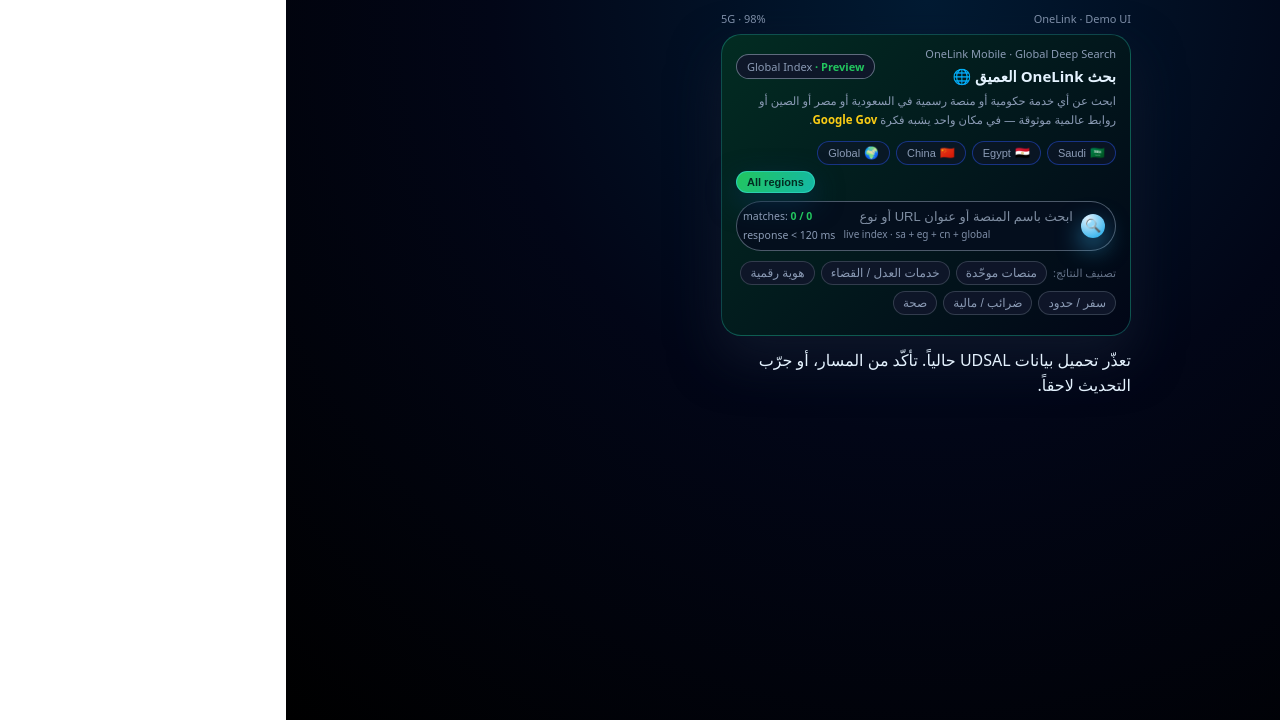
Repository: seesafar/GovLinksApp
Page: docs/app-ui/app-deep-search.html
These files come from the project's save history. The page is drawn as it stood at one moment and after the next save; the edit follows.
The browser window is 1280 px wide. The pictures show the whole page.

Above is the page before, as saved 2025-12-05 05:40:07.

### docs/app-ui/app-deep-search.html
<!DOCTYPE html>
<html lang="ar" dir="rtl">
<head>
  <meta charset="UTF-8" />
  <title>OneLink Mobile · Global Deep Search</title>
  <meta name="viewport" content="width=device-width, initial-scale=1.0" />
<link rel="stylesheet" href="../css/style.css">
  <style>
    :root {
      --bg-main: #020817;
      --bg-elevated: #020b18;
      --panel: #020f23;
      --accent: #22c55e;
      --accent-soft: rgba(34, 197, 94, 0.12);
      --accent-blue: #0ea5e9;
      --text-main: #e5f3ff;
      --text-muted: #8b9bb5;
      --border-soft: rgba(148, 163, 184, 0.45);
      --chip-bg: rgba(15, 23, 42, 0.95);
      --danger: #fb7185;
      --radius-xl: 22px;
    }

    * {
      box-sizing: border-box;
      margin: 0;
      padding: 0;
    }

    body {
      min-height: 100vh;
      font-family: system-ui, -apple-system, "Segoe UI", sans-serif;
      background: radial-gradient(circle at top, #021b33 0, #020617 45%, #000 100%);
      color: var(--text-main);
      display: flex;
      justify-content: center;
    }

    .app-shell {
      width: 100%;
      max-width: 430px;
      min-height: 100vh;
      padding: 10px 10px 18px;
    }

    /* Top status bar */
    .status-bar {
      display: flex;
      justify-content: space-between;
      align-items: center;
      font-size: 11px;
      color: var(--text-muted);
      margin-bottom: 6px;
      opacity: 0.9;
    }

    /* Header */
    .header {
      background: linear-gradient(135deg, #022c22, #020617);
      border-radius: 20px;
      border: 1px solid rgba(45, 212, 191, 0.3);
      padding: 10px 14px;
      box-shadow: 0 22px 50px rgba(15, 23, 42, 0.9);
      margin-bottom: 12px;
    }

    .header-top {
      display: flex;
      justify-content: space-between;
      align-items: center;
      margin-bottom: 4px;
    }

    .header-title {
      display: flex;
      flex-direction: column;
      gap: 2px;
    }

    .header-title span.label {
      font-size: 11px;
      color: var(--text-muted);
    }

    .header-title h1 {
      font-size: 15px;
      font-weight: 700;
    }

    .badge-beta {
      border-radius: 999px;
      padding: 3px 10px;
      font-size: 11px;
      background: rgba(15, 23, 42, 0.96);
      border: 1px solid rgba(148, 163, 184, 0.6);
      color: var(--text-muted);
    }

    .badge-beta span {
      color: var(--accent);
      font-weight: 600;
    }

    .header-sub {
      margin-top: 4px;
      font-size: 11.5px;
      color: var(--text-muted);
      line-height: 1.6;
    }

    /* Region tabs */
    .region-tabs {
      display: flex;
      flex-wrap: wrap;
      gap: 6px;
      margin: 12px 0 8px;
    }

    .region-tabs button {
      border: none;
      outline: none;
      border-radius: 999px;
      padding: 4px 10px;
      font-size: 11px;
      background: rgba(15, 23, 42, 0.6);
      color: var(--text-muted);
      border: 1px solid rgba(30, 64, 175, 0.7);
      cursor: pointer;
      display: inline-flex;
      align-items: center;
      gap: 4px;
    }

    .region-tabs button span.flag {
      font-size: 12px;
    }

    .region-tabs button.is-active {
      background: linear-gradient(120deg, #22c55e, #14b8a6);
      color: #022c22;
      border-color: rgba(45, 212, 191, 0.8);
      font-weight: 600;
      box-shadow: 0 10px 28px rgba(8, 47, 73, 0.9);
    }

    .region-tabs button.is-all {
      margin-inline-start: auto;
    }

    /* Search bar */
    .search-panel {
      margin-top: 4px;
      background: rgba(5, 15, 30, 0.96);
      border-radius: 999px;
      border: 1px solid rgba(148, 163, 184, 0.5);
      padding: 6px 10px 6px 6px;
      display: flex;
      align-items: center;
      gap: 8px;
    }

    .search-icon {
      width: 24px;
      height: 24px;
      border-radius: 999px;
      background: radial-gradient(circle at 30% 20%, #e0f2fe, #0ea5e9);
      display: flex;
      align-items: center;
      justify-content: center;
      font-size: 13px;
      box-shadow: 0 10px 24px rgba(56, 189, 248, 0.6);
      flex-shrink: 0;
    }

    .search-input-wrap {
      flex: 1;
      display: flex;
      flex-direction: column;
      gap: 2px;
    }

    .search-input-wrap input {
      border: none;
      outline: none;
      background: transparent;
      font-size: 13px;
      color: var(--text-main);
      text-align: right;
    }

    .search-input-wrap input::placeholder {
      color: rgba(148, 163, 184, 0.85);
    }

    .search-hint {
      font-size: 10px;
      color: var(--text-muted);
      direction: ltr;
      text-align: left;
      opacity: 0.9;
    }

    .search-meta {
      font-size: 10.5px;
      color: var(--text-muted);
      display: flex;
      flex-direction: column;
      align-items: flex-end;
      gap: 2px;
      text-align: left;
    }

    .search-meta strong {
      color: var(--accent);
      font-weight: 600;
    }

    /* Filter chips */
    .filters-row {
      margin-top: 10px;
      display: flex;
      flex-wrap: wrap;
      gap: 6px;
      font-size: 11px;
    }

    .filters-row span.label {
      color: var(--text-muted);
    }

    .filter-chip {
      border-radius: 999px;
      padding: 4px 9px;
      background: var(--chip-bg);
      border: 1px solid rgba(55, 65, 81, 0.9);
      color: var(--text-muted);
      cursor: pointer;
    }

    .filter-chip.is-on {
      border-color: var(--accent);
      color: var(--accent);
      background: var(--accent-soft);
      font-weight: 600;
    }

    /* Results */
    .results-section {
      margin-top: 14px;
    }

    .section-header {
      display: flex;
      justify-content: space-between;
      align-items: baseline;
      margin-bottom: 6px;
    }

    .section-title {
      font-size: 12.5px;
      font-weight: 600;
    }

    .section-title span.badge {
      font-size: 10px;
      border-radius: 999px;
      padding: 2px 7px;
      margin-inline-start: 4px;
      background: rgba(15, 23, 42, 0.96);
      border: 1px solid rgba(148, 163, 184, 0.6);
      color: var(--text-muted);
    }

    .section-count {
      font-size: 11px;
      color: var(--text-muted);
    }

    .section-count strong {
      color: var(--accent);
    }

    .result-card {
      background: var(--panel);
      border-radius: var(--radius-xl);
      border: 1px solid rgba(30, 64, 175, 0.8);
      padding: 10px 11px 9px;
      margin-bottom: 8px;
      box-shadow: 0 18px 45px rgba(15, 23, 42, 0.9);
    }

    .result-header {
      display: flex;
      justify-content: space-between;
      align-items: flex-start;
      gap: 6px;
      margin-bottom: 4px;
    }

    .result-title {
      display: flex;
      flex-direction: column;
      gap: 2px;
    }

    .result-title h3 {
      font-size: 13px;
      font-weight: 600;
    }

    .result-title span.sub {
      font-size: 10.5px;
      color: var(--text-muted);
    }

    .result-pills {
      display: flex;
      flex-direction: column;
      gap: 4px;
      align-items: flex-end;
      font-size: 10px;
    }

    .pill {
      border-radius: 999px;
      padding: 2px 8px;
      border: 1px solid rgba(55, 65, 81, 0.9);
      background: rgba(15, 23, 42, 0.96);
      display: inline-flex;
      align-items: center;
      gap: 4px;
    }

    .pill.region {
      color: var(--accent-blue);
      border-color: rgba(56, 189, 248, 0.8);
    }

    .pill.status-ok {
      color: var(--accent);
      border-color: var(--accent);
    }

    .pill.status-soon {
      color: #fbbf24;
      border-color: rgba(250, 204, 21, 0.9);
    }

    .pill.status-risk {
      color: var(--danger);
      border-color: rgba(248, 113, 113, 0.9);
    }

    .result-body {
      font-size: 11px;
      color: var(--text-muted);
      line-height: 1.7;
      margin-bottom: 6px;
    }

    .result-meta-row {
      display: flex;
      justify-content: space-between;
      align-items: center;
      font-size: 10.5px;
      color: var(--text-muted);
      gap: 6px;
      flex-wrap: wrap;
    }

    .result-url {
      direction: ltr;
    }

    .open-btn {
      border-radius: 999px;
      border: none;
      padding: 4px 12px;
      font-size: 11px;
      cursor: pointer;
      background: linear-gradient(120deg, var(--accent), #14b8a6);
      color: #022c22;
      font-weight: 600;
      box-shadow: 0 10px 26px rgba(16, 185, 129, 0.7);
    }

    .open-btn.secondary {
      background: rgba(15, 23, 42, 0.96);
      color: var(--text-main);
      border: 1px solid rgba(148, 163, 184, 0.8);
      box-shadow: none;
    }

    /* Footer bar */
    .footer-note {
      margin-top: 10px;
      font-size: 10px;
      color: var(--text-muted);
      text-align: center;
      opacity: 0.85;
    }

    .footer-note span {
      color: var(--accent);
    }
  </style>
</head>

<body>
  <!-- هيدر مشترك -->
  <div data-include="../core/layout/header.html"></div>

  <div class="app-shell">
    <div class="status-bar">
      <span>OneLink · Demo UI</span>
      <span>5G · 98%</span>
    </div>

    <div class="header">
      <div class="header-top">
        <div class="header-title">
          <span class="label">OneLink Mobile · Global Deep Search</span>
          <h1>بحث OneLink العميق 🌐</h1>
        </div>
        <div class="badge-beta">
          Global Index <span>· Preview</span>
        </div>
      </div>

      <p class="header-sub">
        ابحث عن أي خدمة حكومية أو منصة رسمية في السعودية أو مصر أو الصين أو روابط عالمية موثوقة —
        في مكان واحد يشبه فكرة <span style="color:#facc15;font-weight:600;">Google Gov</span>.
      </p>

      <!-- Tabs -->
      <div class="region-tabs">
  <button class="region-tab" data-region="sa">
    <span class="flag">🇸🇦</span> Saudi
  </button>
  <button class="region-tab" data-region="eg">
    <span class="flag">🇪🇬</span> Egypt
  </button>
  <button class="region-tab" data-region="cn">
    <span class="flag">🇨🇳</span> China
  </button>
  <button class="region-tab" data-region="global">
    <span class="flag">🌍</span> Global
  </button>
  <button class="region-tab is-active is-all" data-region="all">
    All regions
  </button>
</div>

      <!-- Search -->
      <div class="search-panel">
        <div class="search-icon">🔍</div>
        <div class="search-input-wrap">
          <input
            type="search"
            placeholder="ابحث باسم المنصة أو عنوان URL أو نوع الخدمة… (Absher, Najiz, digital.gov.eg, 12306.cn)"
          />
          <div class="search-hint">
            live index · sa + eg + cn + global
          </div>
        </div>
        <div class="search-meta">
          <span>matches: <strong>24</strong></span>
          <span>response &lt; 120 ms</span>
        </div>
      </div>

      <!-- 🔍 Search Filters -->
<div class="filters-row">
  <span class="label">تصنيف النتائج:</span>

  <!-- منصات موحّدة (Absher, Digital Egypt, …) -->
  <button class="filter-chip" data-filter="unified">
    منصات موحّدة
  </button>

  <!-- عدل / قضاء -->
  <button class="filter-chip" data-filter="justice">
    خدمات العدل / القضاء
  </button>

  <!-- هوية رقمية / نفاذ / login الحكومي -->
  <button class="filter-chip" data-filter="identity">
    هوية رقمية
  </button>

  <!-- سفر / حدود / قطارات / تأشيرات -->
  <button class="filter-chip" data-filter="travel">
    سفر / حدود
  </button>

  <!-- ضرائب / مالية / زكاة -->
  <button class="filter-chip" data-filter="tax">
    ضرائب / مالية
  </button>

  <!-- صحة / تأمين طبي حكومي -->
  <button class="filter-chip" data-filter="health">
    صحة
  </button>
</div>
    </div>



<!-- Results Saudi -->
<!-- خدمة OneLink · نافذة تفاصيل الخدمة -->
<div class="service-modal" id="service-modal" aria-hidden="true">
  <div class="service-modal-backdrop"></div>

  <div class="service-modal-dialog" role="dialog" aria-modal="true">
    <button class="service-modal-close" type="button" aria-label="إغلاق النافذة">
      ✕
    </button>

    <!-- شريحة المنطقة -->
    <div class="service-modal-chip" id="modal-region"></div>

    <!-- العنوان -->
    <h3 class="service-modal-title" id="modal-title">Service name</h3>
    <p class="service-modal-subtitle" id="modal-subtitle"></p>

    <!-- الوصف -->
    <p class="service-modal-desc" id="modal-desc"></p>

    <!-- الأزرار -->
    <div class="service-modal-actions">
      <a
        id="modal-open-link"
        href="#"
        target="_blank"
        rel="noopener"
        class="btn-primary"
      >
        فتح الخدمة في نافذة جديدة
      </a>

      <button
        id="modal-copy-link"
        type="button"
        class="btn-secondary"
      >
        نسخ الرابط
      </button>
    </div>

    <!-- تنبيه نسخ الرابط -->
    <div class="service-modal-toast" id="modal-toast">
      تم نسخ الرابط ✅
    </div>
  </div>
</div>
    <!-- النتائج -->
    <section id="search-results"></section>
    <!-- 🪟 مودال تفاصيل الخدمة -->
    <div class="udsal-modal-backdrop" data-service-modal aria-hidden="true">
      <div class="udsal-modal" role="dialog" aria-modal="true">
        <button class="udsal-modal-close" type="button" data-modal-close>
          ✕
        </button>

       <div class="udsal-modal-header">
  <span class="udsal-modal-region" data-modal-region>Region · Badge</span>

  <h2 class="udsal-modal-title" data-modal-title>اسم الخدمة</h2>
  <p class="udsal-modal-subtitle" data-modal-subtitle>وصف قصير</p>

  <!-- ميتا إضافية جديدة -->
  <div class="udsal-modal-meta">
    <span class="udsal-chip" data-modal-region-badge>Core · Saudi</span>
    <span class="udsal-chip" data-modal-category>Unified Platform</span>
  </div>
</div>


        <div class="udsal-modal-body">
          <p class="udsal-modal-desc" data-modal-desc>
            هنا يظهر الوصف التفصيلي للخدمة، يتم تعبئته من services-data.json.
          </p>
        </div>

       <div class="service-modal-footer">
  <div class="modal-actions">
    <a
      href="#"
      class="btn-primary"
      target="_blank"
      rel="noopener"
      data-modal-open-link
    >
      فتح الخدمة في المتصفح
    </a>

    <button type="button" class="btn-ghost" data-modal-copy>
      نسخ الرابط
    </button>
  </div>

  <div class="modal-qr" data-modal-qr-wrap>
    <img
      src=""
      alt="QR code for this service"
      data-modal-qr
      loading="lazy"
    />
    <p class="modal-qr-hint">
      امسح هذا الكود لفتح الخدمة مباشرة على جوالك.
    </p>
  </div>
</div>


    <!-- سكربت البحث العميق -->
    <script src="../../core/i18n/js/deep-search-engine.js"></script>
  </body>
</html>

<script src="../core/i18n/js/deep-search-engine.js"></script>
<!-- Service Modal -->
<div class="service-modal" data-service-modal aria-hidden="true">
  <div class="service-modal-dialog">
    <button class="modal-close" type="button" data-modal-close>×</button>

    <p class="modal-region" data-modal-region></p>
    <h2 class="modal-title" data-modal-title></h2>
    <p class="modal-subtitle" data-modal-subtitle></p>

    <p class="modal-desc" data-modal-desc></p>

    <div class="modal-actions">
      <a
        href="#"
        class="btn-primary"
        target="_blank"
        rel="noopener"
        data-modal-open-link
      >
        Open in browser
      </a>
    </div>
  </div>
  <!-- 🔍 UDSAL Quick View Modal -->
<div class="uds-modal-backdrop" data-modal-backdrop hidden>
  <div class="uds-modal">
    <button class="uds-modal-close" type="button" data-modal-close>×</button>

    <p class="uds-modal-region" data-modal-region></p>

    <h2 class="uds-modal-title" data-modal-title>اسم الخدمة</h2>
    <p class="uds-modal-subtitle" data-modal-subtitle></p>

    <p class="uds-modal-desc" data-modal-desc></p>

    <a
      href="#"
      target="_blank"
      rel="noopener"
      class="btn-primary uds-modal-link"
      data-modal-link
    >
      فتح الموقع الرسمي
    </a>
  </div>
</div>
</div>
<div class="udsal-toast" data-udsal-toast aria-hidden="true">
  <span data-udsal-toast-text>تم نسخ رابط الخدمة بنجاح ✅</span>
</div>
</body>
</html>

Loaded but not shown: docs/core/i18n/data/services-data.json (904 lines, source omitted); core/i18n/js/deep-search-engine.js (486 lines, source omitted); docs/css/style.css (3272 lines, source omitted)

After the next save:
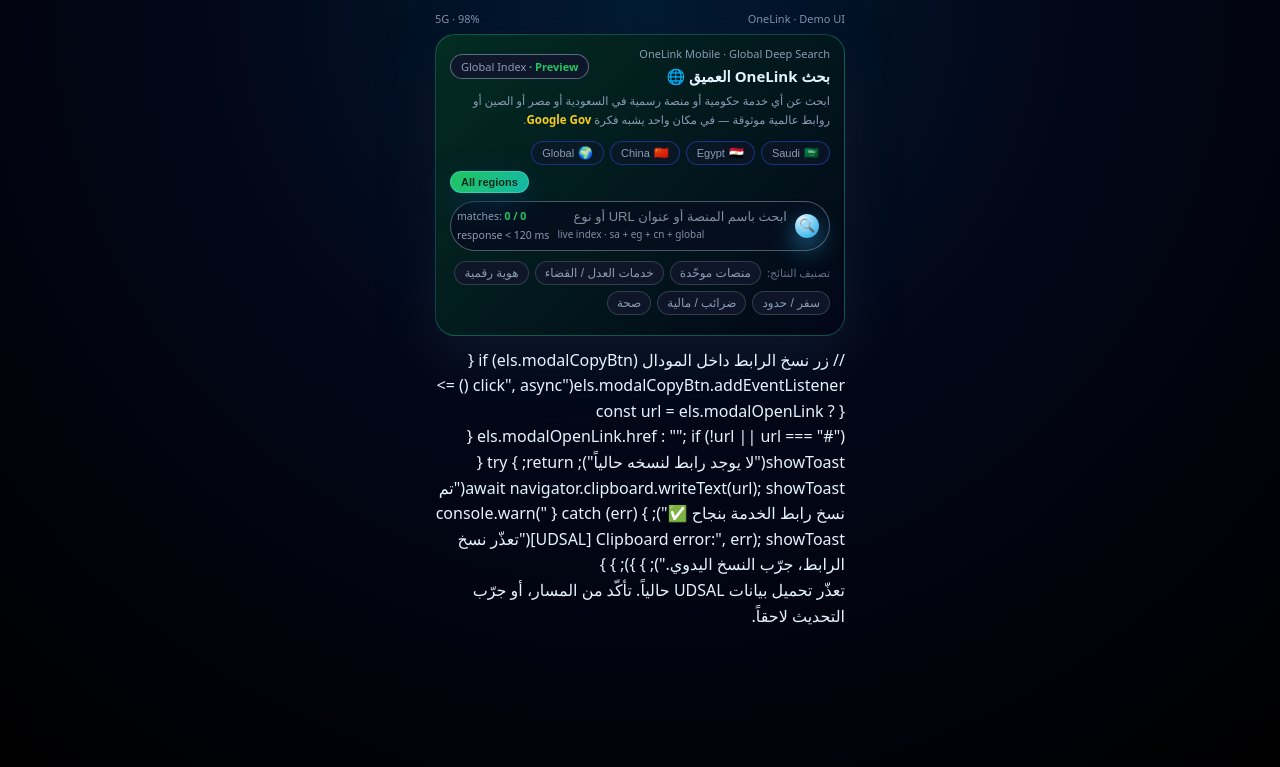
Saved 2 min 18 s later.
--- a/docs/app-ui/app-deep-search.html
+++ b/docs/app-ui/app-deep-search.html
@@ -505,6 +505,25 @@
 </div>
     </div>
 
+// زر نسخ الرابط داخل المودال
+    if (els.modalCopyBtn) {
+      els.modalCopyBtn.addEventListener("click", async () => {
+        const url = els.modalOpenLink ? els.modalOpenLink.href : "";
+        if (!url || url === "#") {
+          showToast("لا يوجد رابط لنسخه حالياً");
+          return;
+        }
+
+        try {
+          await navigator.clipboard.writeText(url);
+          showToast("تم نسخ رابط الخدمة بنجاح ✅");
+        } catch (err) {
+          console.warn("[UDSAL] Clipboard error:", err);
+          showToast("تعذّر نسخ الرابط، جرّب النسخ اليدوي.");
+        }
+      });
+    }
+  }
 
 
 <!-- Results Saudi -->

After the save that followed:
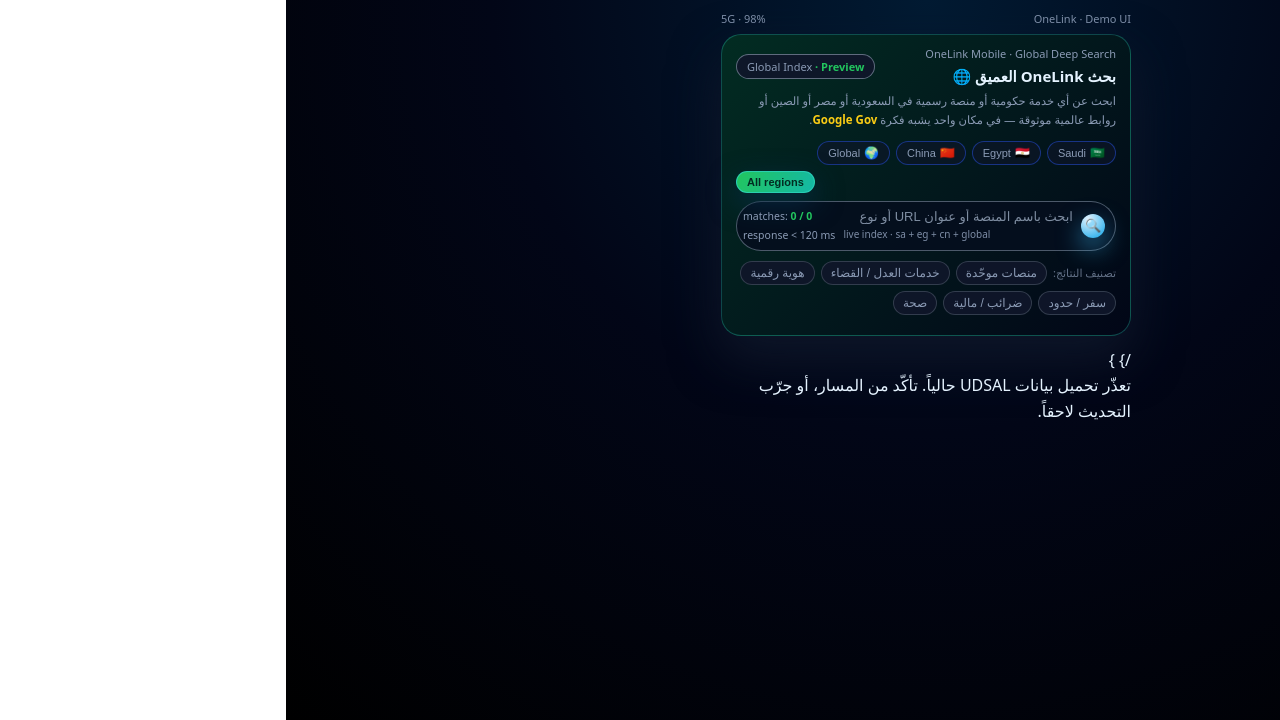
Saved 35 s later.
--- a/docs/app-ui/app-deep-search.html
+++ b/docs/app-ui/app-deep-search.html
@@ -505,24 +505,7 @@
 </div>
     </div>
 
-// زر نسخ الرابط داخل المودال
-    if (els.modalCopyBtn) {
-      els.modalCopyBtn.addEventListener("click", async () => {
-        const url = els.modalOpenLink ? els.modalOpenLink.href : "";
-        if (!url || url === "#") {
-          showToast("لا يوجد رابط لنسخه حالياً");
-          return;
-        }
-
-        try {
-          await navigator.clipboard.writeText(url);
-          showToast("تم نسخ رابط الخدمة بنجاح ✅");
-        } catch (err) {
-          console.warn("[UDSAL] Clipboard error:", err);
-          showToast("تعذّر نسخ الرابط، جرّب النسخ اليدوي.");
-        }
-      });
-    }
+/}
   }
 
 
